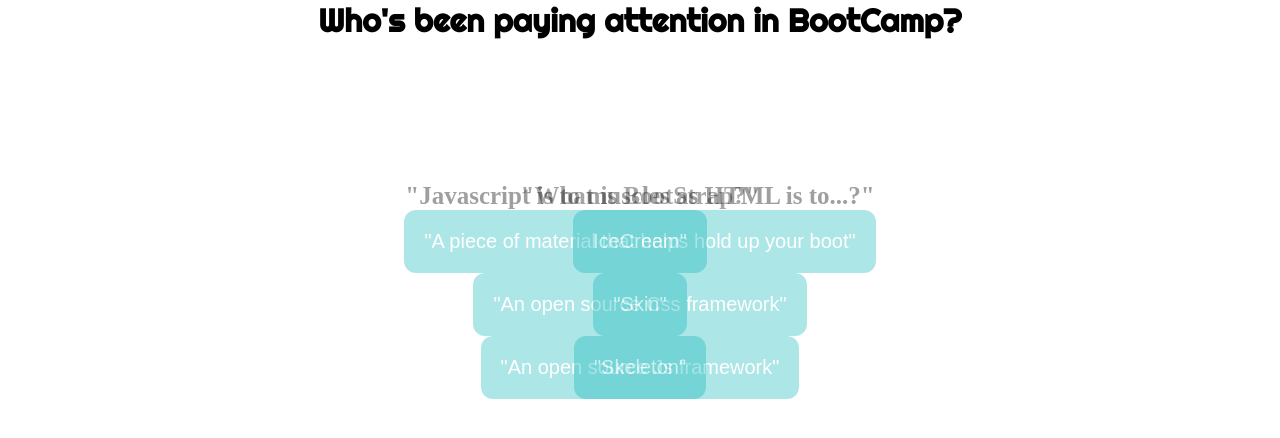
Repository: kkyler24/Quizlet
Page: Quiz.html
These files come from the project's save history. The page is drawn as it stood at one moment and after the next save; the edit follows.
The browser window is 1280 px wide. The pictures show the whole page.
After loading, the first visible `div.col-8` was clicked once.
Some web libraries are served in a nearby version.

Above is the page before, as saved 2020-03-16 00:18:47.

### Quiz.html
<!DOCTYPE html>

<html lang="en">

<head>
    <meta charset="UTF-8">
    <meta name="viewport" content="width=device-width, initial-scale=1.0">

    <!-- font family -->
    <link href="https://fonts.googleapis.com/css2?family=Righteous&display=swap" rel="stylesheet">

    <!-- Popper -->
    <script src="https://cdnjs.cloudflare.com/ajax/libs/popper.js/1.12.9/umd/popper.min.js"
        integrity="sha384-ApNbgh9B+Y1QKtv3Rn7W3mgPxhU9K/ScQsAP7hUibX39j7fakFPskvXusvfa0b4Q"
        crossorigin="anonymous"></script>
    <!-- Myfiles -->
    <link rel="stylesheet" type="text/css" href="DevOpsFiles/Style.css">
    <title>Quiz it</title>
</head>

<header>Who's been paying attention in BootCamp?</header>

<!-- Quiz Design -->

<body>
    <div id="timespent" class="time"></div>
    <Div class="flex-container">
        <div id="questionBoxOne" class="row" style="display: block;">
            <div class="col-md-6 col-sm-3 questionDiv">
                "What is BootStrap?"
                <div class="col-8 col-sm-6 answerA">
                    <button type="button" class="button">"A piece of material that helps hold up your
                        boot"
                    </button>
                </div>
                <div class="col-8 col-sm-6 answerA correct">
                    <button type="button" class="button">"An open source Css
                        framework"</button>
                </div>
                <div class="col-8 col-sm-6 answerA">
                    <button type="button" class="button">"An open source Js framework"</button>
                </div>
            </div>
        </div>

        <div id="questionBoxTwo" class="row" style="display: none;">
            <div class="col-md-6 col-sm-3 questionDiv">
                "Javascript is to muscles as HTML is to...?"
            </div>
                <div class="col-8 col-sm-6 answerB correct">
                    <button type="button" class="button"> IceCream"</button>
                </div>
                <div class="col-8 col-sm-6 answerB">
                    <button type="button" class="button">"Skin"</button>
                </div>
                <div class="col-8 col-sm-6 answerB">
                    <button type="button" class="button">"Skeleton"</button>
                </div>
            </div>


        <div id="questionBoxThree" class="row" style="display: none;">
            <div class="col-md-6 col-sm-3 questionDiv">
                "What does HTML stand for?"
                <div class="row">

                    <div class="col-8 col-sm-6 answerC">
                        <button type="button" class="button">"Home Tools Mark-up language" </button>

                        <div class="col-8 col-sm-6 answerC">
                            <button type="button" class="button"> "Hyper-text Mark down language "</button>

                            <div class="col-8 col-sm-6 answerC">
                                <button type="button" class="button">"Hyper-text Mark up language
                                    "</button>
                            </div>
                        </div>
                    </div>
                </div>
            </div>
        </div>

        <div id="questionBoxFour" class="row" style="display: none;">
            <div class="col-md-6 col-sm-3 questionDiv">
                "What is BootStrap?"
                <div class="row">

                    <div class="col-8 col-sm-6 answerD">
                        <button type="button" class="button">"A piece of material that helps hold
                            up your boot" </button>

                        <div class="col-8 col-sm-6 answerD">
                            <button type="button" class="button">"An open source Css
                                framework"</button>

                            <div class="col-8 col-sm-6 answerD">
                                <button id="D" type="button" class="button">"An open source Js
                                    framework"</button>
                            </div>
                        </div>
                    </div>
                </div>
            </div>
        </div>
    </Div>

    <script src="https://code.jquery.com/jquery-3.4.1.js"></script>
    <script src="DevOpsFiles/Java.js"></script>
</body>

</html>

### DevOpsFiles/Style.css
body{
    margin: auto;
    text-align: center;
    background-image: image();
  }

.flex-container {
    display: flex;
    height: 500px;
    justify-content: center;
    align-items: center;
    flex-direction: column;
  }

header{
font-family: "Righteous", cursive;
font-size: xx-large;
font-weight: bolder;

  }

#secLeft {
  position: absolute;
  top: 0.1%;
  display: block;
}

#questionBoxOne {
  position: absolute;

}

#questionBoxTwo {
  position: absolute;

}

#questionBoxThree {
  position: absolute;

}

#questionBoxFour {
  position: absolute;

}
.questionDiv{
  font-size: 25px;
  font-weight: bold;

}

.button{
background-color: rgb(22, 184, 187);
padding: 20px;
border-radius: 12px;
border: none;
color: white;
font-family:Arial, Helvetica, sans-serif;
font-size: 20PX;
}

#timespent{
  float: right ;
  border: none;
  height: 100px;
  text-align: center;
  font-size: 40px;
  font-weight: bold;
}

.startButton{
  text-align: center;
  margin-top: 25%;
}

### DevOpsFiles/Java.js

var startTime;

function display() {
    // later record end time
    var endTime = new Date();

    // time difference in ms
    var timeDiff = endTime - startTime;

    // strip the miliseconds
    timeDiff /= 1000;

    // get seconds
    var seconds = Math.floor(timeDiff % 60);

    // remove seconds from the date
    timeDiff = Math.floor(timeDiff / 60);

    // get minutes
    var minutes = Math.round(timeDiff % 60);

    // remove minutes from the date
    timeDiff = Math.floor(timeDiff / 60);

    // get hours
    var hours = Math.round(timeDiff % 24);

    // remove hours from the date
    timeDiff = Math.floor(timeDiff / 24);

    // the rest of timeDiff is number of days
    var days = timeDiff;

    $(".time").text(Shours + ":" + minutes + ":" + seconds);
    setTimeout(display, 1000);
}

$("answerA").click(function () {
    startTime = new Date();
    setTimeout(display, 1000);
});

//   function stopTimer() {
//     secondsElapsed = 0;
//     formatTime();
//   }
//   function startTimer() {
//     if (totalSeconds > 0) {
//       secondsElapsed = 0;
//       timer = setInterval(function () {
//         secondsElapsed++;
//         formatTime();
//       }, 1000);
//     }
//     formatTime();
//   }
// };

// ---Score Code---
var totalScore = [];

function getSum(total, num) {
  return total + Math(num);
}
function myFunction(item) {
  document.getElementById("stats").innerHTML = totalScore.reduce(getSum, 0);
}



// Questions Object
var Quests = [
  {
    Q1: {
      Question: "What is BootStrap?",
      answers: ["A piece of material that helps hold up your boot", "An open source Css framework", "An open source JS framework"],
      answersCorrect: [1]

    },

    Q2: {
      Question: "HTML is to Skeleton as Javascript is to...?",
      answers: ["Muscles", "Skin", "Coffee"],
      answersCorrect: [0]
    },

    Q3: {
      Question: "What does HTML stand for?",
      answers: ["A piece of material that helps hold up your boot", "An open source Css framework", "An open source JS framework"],
      answersCorrect: [3]
    },

    Q4: {
      Question: "What is BootStrap?",
      answers: ["A piece of material that helps hold up your boot", "An open source Css framework", "An open source JS framework"],
      answersCorrect: [2]
    }
  }];


// -->Get faded code<--

var fadeOut = $(".answerA").on("click", function () {
  $("#questionBoxOne").fadeOut(2500, function () {
    $(this).remove();
  })
});

$(".answerA").on("click", function () {
  $("#questionBoxTwo").fadeIn(3600, function () {
  })
});

$('.answerB').on('click', function () {
  $("#questionBoxTwo").fadeOut(2500, function () {
    $(this).remove();
  })
});

$(".answerB").on("click", function () {
  $("#questionBoxThree").fadeIn(3600, function () {

  })
});

$('.answerC').on('click', function () {
  $("#questionBoxThree").fadeOut(2500, function () {
    $(this).remove();
  })
});

$(".answerC").on("click", function () {
  $("#questionBoxFour").fadeIn(3500, function () {
  })
});

$('.answerD').on('click', function () {
  $("#questionBoxFour").fadeOut(2500, function () {
    $(this).remove();
  })
});

$(".answerD").on("click", function () {
    $("#stats").slideDown(3500, function () {
    })
  });

//
// var aBBox = document.getElementsByClassName("col-8 col-sm-6 answerB");
// aBBox.


// done.addEventListener("event", function(){
// $(".answerb").on("event", function(){
//   $("#questionBoxTwo").fadeOut(2000,function(){
//     $(this).remove();
// })});



//
// $("#questionBoxTwo").fadeIn(1000,function())

// fade in after (this).remove has been completed
// var buttonCheck = document.getElementsByClassName("button");
// var totalScore = "";

// button listener



// Check the buttons for correct class
// // for ( var i = 0; i > flex-container.lenght; i++) {
// //   $("button").on("click", function(){
// //     if (buttonCheck.click === button.correct){
// //         totalScore = totalScore + 25;
// //     }
// //     else {secondsElapsed + 1500};
//   }
// )}

After the next save:
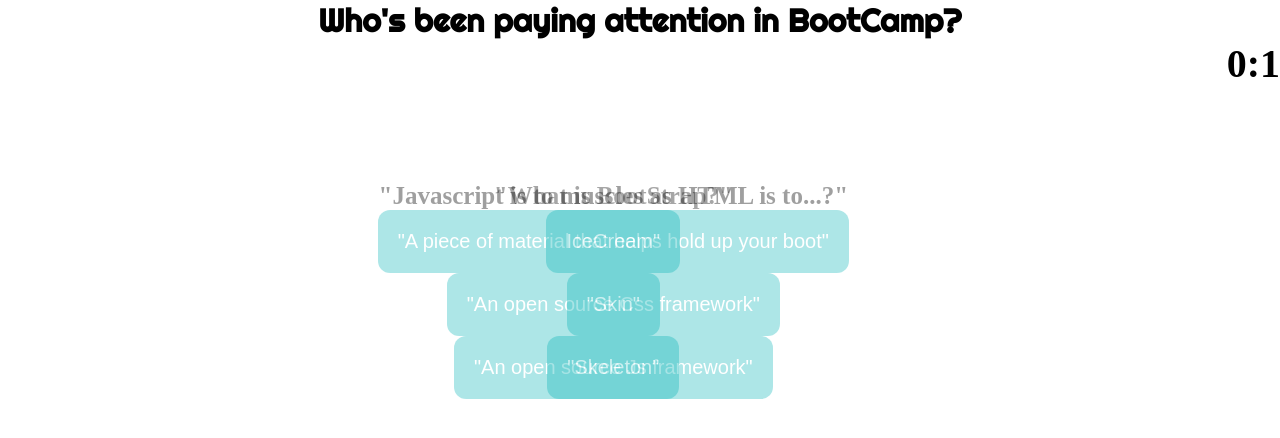
Saved 4 min 40 s later.
--- a/DevOpsFiles/Java.js
+++ b/DevOpsFiles/Java.js
@@ -12,7 +12,7 @@ function display() {
     timeDiff /= 1000;
 
     // get seconds
-    var seconds = Math.floor(timeDiff % 60);
+    var seconds = Math.round(timeDiff % 60);
 
     // remove seconds from the date
     timeDiff = Math.floor(timeDiff / 60);
@@ -32,11 +32,11 @@ function display() {
     // the rest of timeDiff is number of days
     var days = timeDiff;
 
-    $(".time").text(Shours + ":" + minutes + ":" + seconds);
+    $(".time").text(minutes + ":" + seconds);
     setTimeout(display, 1000);
 }
 
-$("answerA").click(function () {
+$(".answerA").click(function () {
     startTime = new Date();
     setTimeout(display, 1000);
 });
